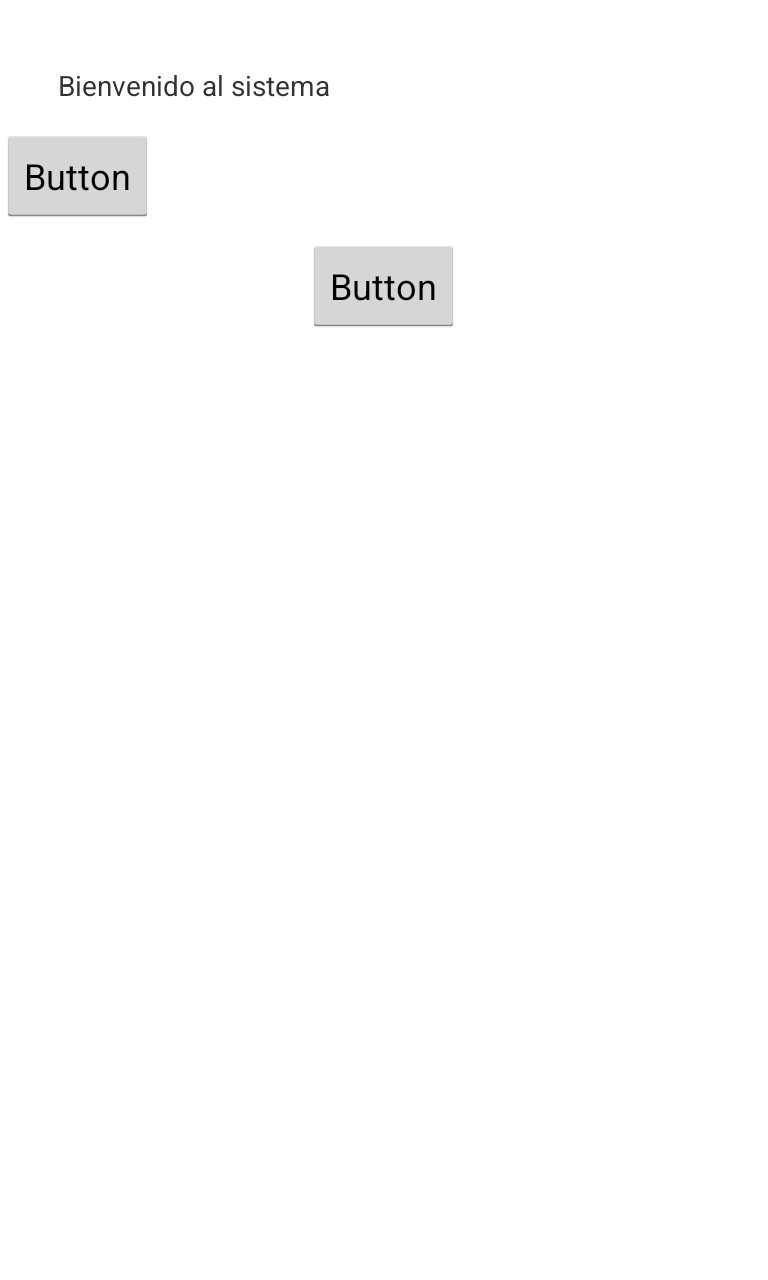
Repository: moynard/PeanutAndroid
Layout: WHSStorekeeper/res/layout/menu_activity.xml
An editor plug-in stored every save of this project. The layout is shown before and after the next save, followed by the edit.
It is drawn on a 768 x 1280 px phone screen (xhdpi) without system bars, with theme AppTheme; the app's code is not run.

Above is the layout before, as saved 2013-07-19 05:29:48.

After the next save:
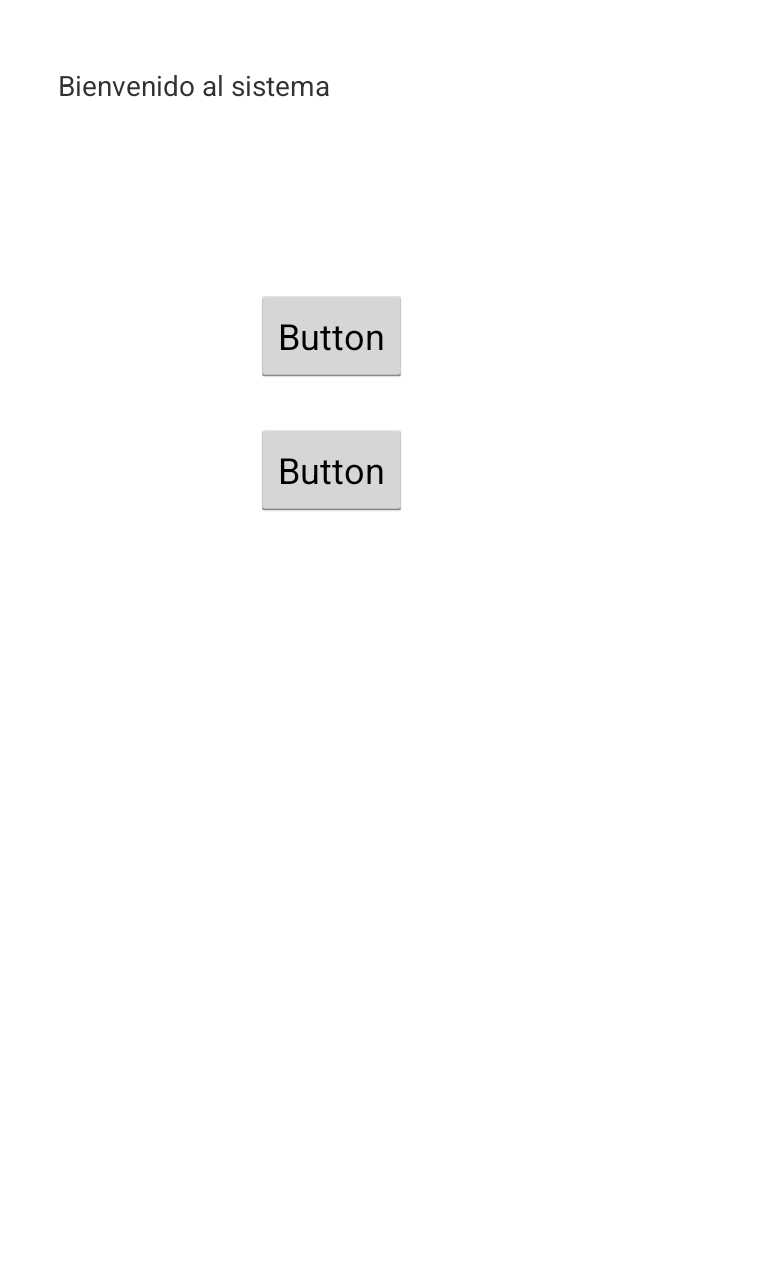
Saved 92 s later.
--- a/WHSStorekeeper/res/layout/menu_activity.xml
+++ b/WHSStorekeeper/res/layout/menu_activity.xml
@@ -27,18 +27,18 @@
         android:id="@+id/ArrivdadosBtn"
         android:layout_width="wrap_content"
         android:layout_height="wrap_content"
+        android:layout_alignLeft="@+id/usermail"
         android:layout_below="@+id/usermail"
-        android:layout_centerHorizontal="true"
-        android:layout_marginTop="32dp"
+        android:layout_marginTop="124dp"
         android:text="Button" />
 
     <Button
         android:id="@+id/picklistBtn"
         android:layout_width="wrap_content"
         android:layout_height="wrap_content"
-        android:layout_alignLeft="@+id/button1"
-        android:layout_below="@+id/button1"
-        android:layout_marginTop="64dp"
+        android:layout_alignLeft="@+id/ArrivdadosBtn"
+        android:layout_below="@+id/usermail"
+        android:layout_marginTop="57dp"
         android:text="Button" />
 
 </RelativeLayout>
